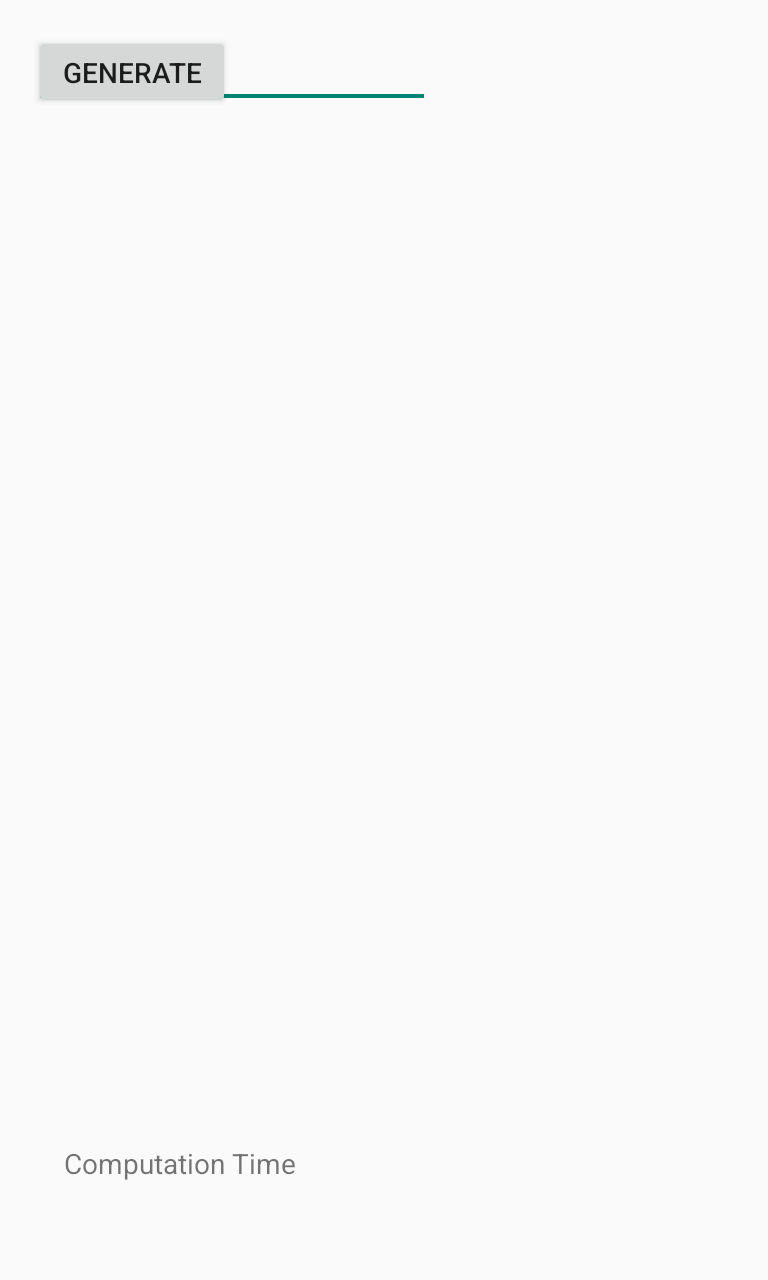
Repository: lhsieh814/ParallelProject
Layout: MatrixManipulation/res/layout/activity_main.xml
The author's editor kept a copy of each file at every save. The layout is drawn from the files as they stood at one save, then again after the next save.
It is drawn on a 768 x 1280 px phone screen (xhdpi) without system bars, with theme AppTheme; the app's code is not run.

Above is the layout before, as saved 2014-11-22 19:23:37.

### MatrixManipulation/res/layout/activity_main.xml
<RelativeLayout xmlns:android="http://schemas.android.com/apk/res/android"
    xmlns:tools="http://schemas.android.com/tools"
    android:layout_width="match_parent"
    android:layout_height="match_parent"
    android:paddingBottom="@dimen/activity_vertical_margin"
    android:paddingLeft="@dimen/activity_horizontal_margin"
    android:paddingRight="@dimen/activity_horizontal_margin"
    android:paddingTop="@dimen/activity_vertical_margin"
    tools:context="com.example.matrixmanipulation.MainActivity" >


    <EditText
        android:id="@+id/matrixSize"
        android:layout_width="200dp"
        android:layout_height="40dp"
        android:layout_alignParentLeft="true"
        android:layout_alignParentTop="true"
        android:ems="10"
        android:inputType="number"
        android:text="Matrix Size" >

        <requestFocus />
    </EditText>

    <Button
        android:id="@+id/generateButton"
        android:layout_width="100dp"
        android:layout_height="40dp"
        android:text="Generate" />

    <TextView
        android:id="@+id/computationTime"
        android:layout_width="wrap_content"
        android:layout_height="wrap_content"
        android:layout_alignParentBottom="true"
        android:layout_marginBottom="33dp"
        android:layout_marginLeft="16dp"
        android:text="Computation Time" />

</RelativeLayout>

Loaded but not shown: MatrixManipulation/res/values/styles.xml (common file); MatrixManipulation/res/values-v11/styles.xml (common file); MatrixManipulation/res/values-v14/styles.xml (common file); MatrixManipulation/res/values/dimens.xml (common file); MatrixManipulation/res/values-w820dp/dimens.xml (common file)

After the next save:
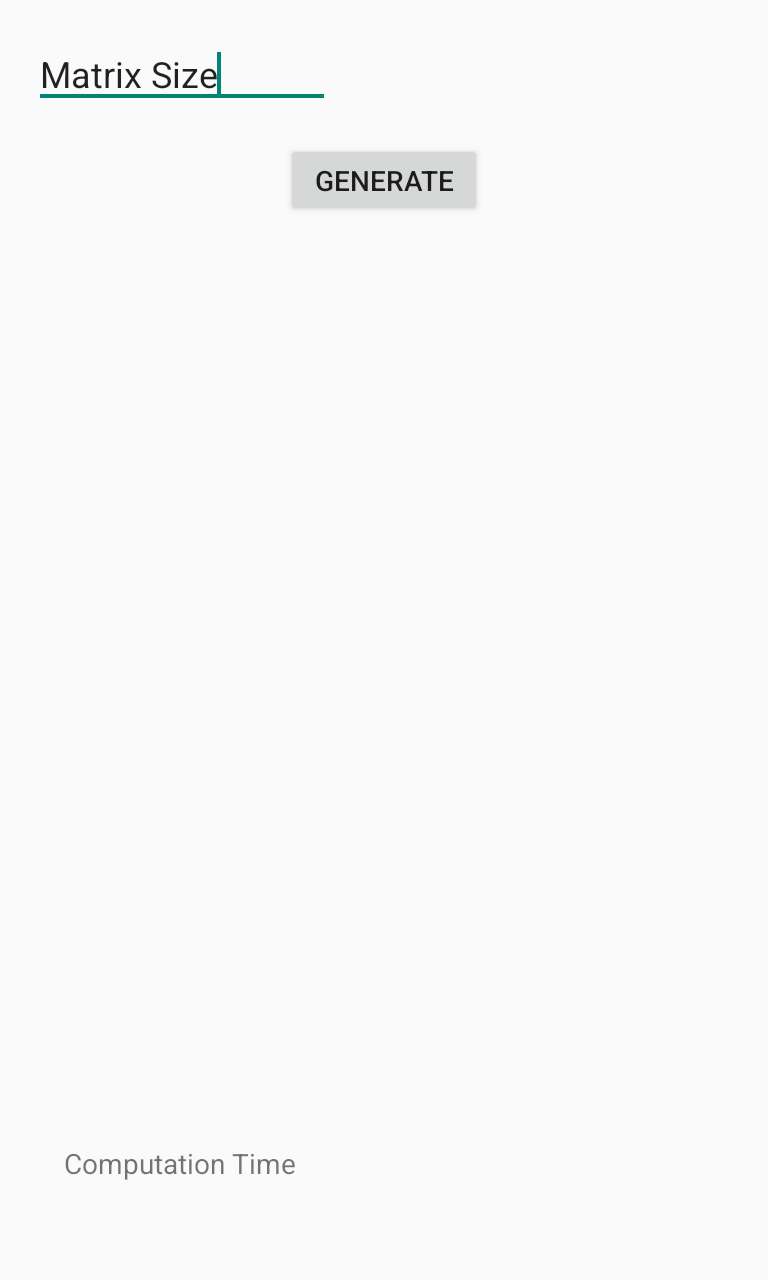
Saved 68 s later.
--- a/MatrixManipulation/res/layout/activity_main.xml
+++ b/MatrixManipulation/res/layout/activity_main.xml
@@ -11,7 +11,7 @@
 
     <EditText
         android:id="@+id/matrixSize"
-        android:layout_width="200dp"
+        android:layout_width="150dp"
         android:layout_height="40dp"
         android:layout_alignParentLeft="true"
         android:layout_alignParentTop="true"
@@ -22,12 +22,6 @@
         <requestFocus />
     </EditText>
 
-    <Button
-        android:id="@+id/generateButton"
-        android:layout_width="100dp"
-        android:layout_height="40dp"
-        android:text="Generate" />
-
     <TextView
         android:id="@+id/computationTime"
         android:layout_width="wrap_content"
@@ -37,4 +31,13 @@
         android:layout_marginLeft="16dp"
         android:text="Computation Time" />
 
+    <Button
+        android:id="@+id/generateButton"
+        android:layout_width="100dp"
+        android:layout_height="40dp"
+        android:layout_below="@+id/matrixSize"
+        android:layout_centerHorizontal="true"
+        android:layout_marginTop="14dp"
+        android:text="Generate" />
+
 </RelativeLayout>
